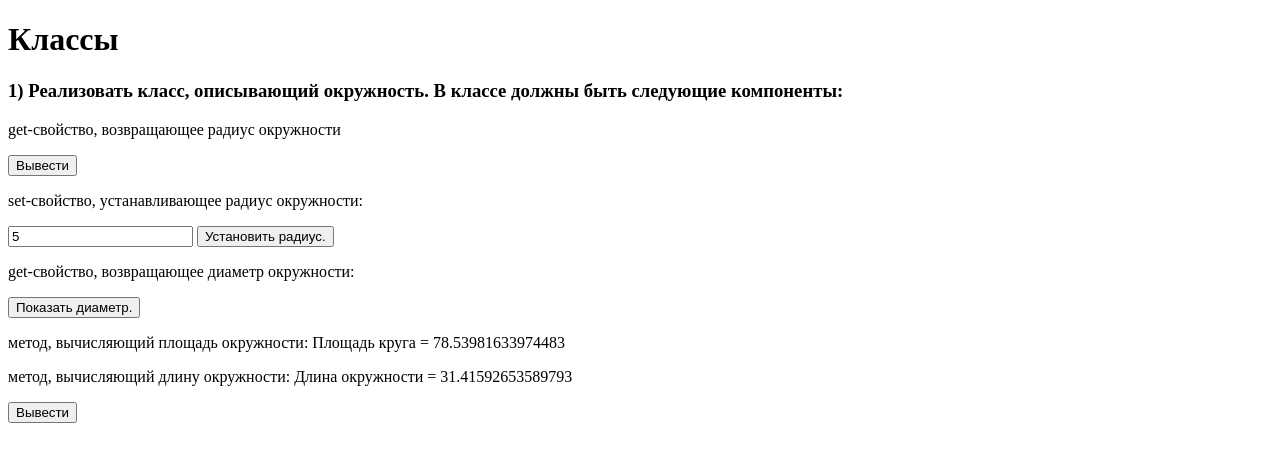
Repository: NastyaGavrilova/Beetroot-js
Page: HW6/index.html
These files come from the project's save history. The page is drawn as it stood at one moment and after the next save; the edit follows.
The browser window is 1280 px wide. The pictures show the whole page.
Empty fields were first filled with sample values (such as "Sample", 5 or name@example.com).
After loading, the first visible `#js-task1-btn4` was clicked once.

Above is the page before, as saved 2021-10-24 17:47:16.

### HW6/index.html
<!DOCTYPE html>
<html lang="en">
  <head>
    <meta charset="UTF-8" />
    <meta http-equiv="X-UA-Compatible" content="IE=edge" />
    <meta name="viewport" content="width=device-width, initial-scale=1.0" />
    <title>Classes</title>
  </head>
  <body>
    <h1>Классы</h1>
    <section class="c-task1">
      <div class="c-task1__wrapper">
        <div class="c-task1__title">
          <h3 class="e-title">
            1) Реализовать класс, описывающий окружность. В классе должны быть
            следующие компоненты:
          </h3>
        </div>
        <div class="-task1__paragraph">
          <p class="e-paragraph">
            get-свойство, возвращающее радиус окружности
            <span id="js-task1-span1"></span>
          </p>
        </div>
        <button id="js-task1-btn1">Вывести</button>
        <div class="-task1__paragraph">
          <p class="e-paragraph">
            set-свойство, устанавливающее радиус окружности:
            <span id="js-task1-span2"></span>
          </p>
        </div>
        <form action="#" class="c-task1__form" method="get">
          <div class="c-form__wrapper">
            <input
              type="number"
              id="js-task1-input1"
              placeholder="радиус окружности"
            />
            <button id="js-task1-btn2">Установить радиус.</button>
          </div>
        </form>
        <div class="-task1__paragraph">
          <p class="e-paragraph">
            get-свойство, возвращающее диаметр окружности:
            <span id="js-task1-span3"></span>
          </p>
        </div>
        <button id="js-task1-btn3">Показать диаметр.</button>
        <div class="-task1__paragraph">
          <p class="e-paragraph">
            метод, вычисляющий площадь окружности:
            <span id="js-task1-span4"></span>
          </p>
        </div>
        <div class="-task1__paragraph">
          <p class="e-paragraph">
            метод, вычисляющий длину окружности:
            <span id="js-task1-span5"></span>
          </p>
        </div>
        <button id="js-task1-btn4">Вывести</button>
      </div>
    </section>

    <script src="./js/circle.js"></script>
  </body>
</html>

### HW6/js/circle.js
class Circle {
  constructor(radius) {
    this.radius = radius;
  }

  get showRadius() {
    return `Радиус = ${this.radius}`;
  }

  set showRadius(newValue) {
    this.radius = newValue;
  }

  get showDiametr() {
    return this.radius * 2;
  }

  areaCircle(spanEl) {
    let square = Math.PI * Math.pow(this.radius, 2);
    return (spanEl.innerHTML = `Площадь круга = ${square}`);
  }
  lengthCircle(spanEl) {
    let lenCircle = 2 * Math.PI * this.radius;
    return (spanEl.innerHTML = `Длина окружности = ${lenCircle}`);
  }
}
let circle = new Circle(5);

let getRadius = document.getElementById("js-task1-btn1");
getRadius.addEventListener("click", (e) => {
  e.preventDefault();
  let result = document.getElementById("js-task1-span1");
  // let setR = document.getElementById("js-task1-input1");
  // circle.showRadius = +setR.value;
  return (result.innerHTML = circle.showRadius);
});

let setRadius = document.getElementById("js-task1-btn2");
setRadius.addEventListener("click", (e) => {
  e.preventDefault();
  let result = document.getElementById("js-task1-span2");
  let setR = document.getElementById("js-task1-input1");
  circle.showRadius = +setR.value;
  return (result.innerHTML = circle.showRadius);
});

let getDiametr = document.getElementById("js-task1-btn3");
getDiametr.addEventListener("click", () => {
  let result = document.getElementById("js-task1-span3");
  let setR = document.getElementById("js-task1-input1");
  console.log(circle.showDiametr);
  circle.showRadius = +setR.value;
  return (result.innerHTML = circle.showDiametr);
});

let methods = document.getElementById("js-task1-btn4");
methods.addEventListener("click", () => {
  let result = document.getElementById("js-task1-span4");
  let result1 = document.getElementById("js-task1-span5");
  circle.areaCircle(result).ToF;
  circle.lengthCircle(result1);
});

After the next save:
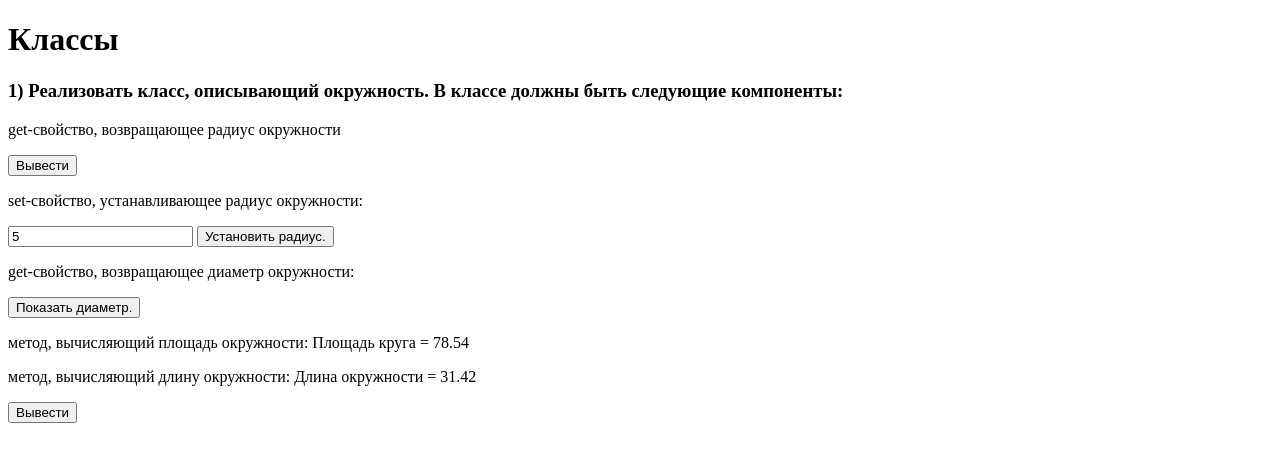
Saved 55 s later.
--- a/HW6/js/circle.js
+++ b/HW6/js/circle.js
@@ -17,11 +17,11 @@ class Circle {
 
   areaCircle(spanEl) {
     let square = Math.PI * Math.pow(this.radius, 2);
-    return (spanEl.innerHTML = `Площадь круга = ${square}`);
+    return (spanEl.innerHTML = `Площадь круга = ${square.toFixed(2)}`);
   }
   lengthCircle(spanEl) {
     let lenCircle = 2 * Math.PI * this.radius;
-    return (spanEl.innerHTML = `Длина окружности = ${lenCircle}`);
+    return (spanEl.innerHTML = `Длина окружности = ${lenCircle.toFixed(2)}`);
   }
 }
 let circle = new Circle(5);
@@ -57,6 +57,6 @@ let methods = document.getElementById("js-task1-btn4");
 methods.addEventListener("click", () => {
   let result = document.getElementById("js-task1-span4");
   let result1 = document.getElementById("js-task1-span5");
-  circle.areaCircle(result).ToF;
+  circle.areaCircle(result);
   circle.lengthCircle(result1);
 });
